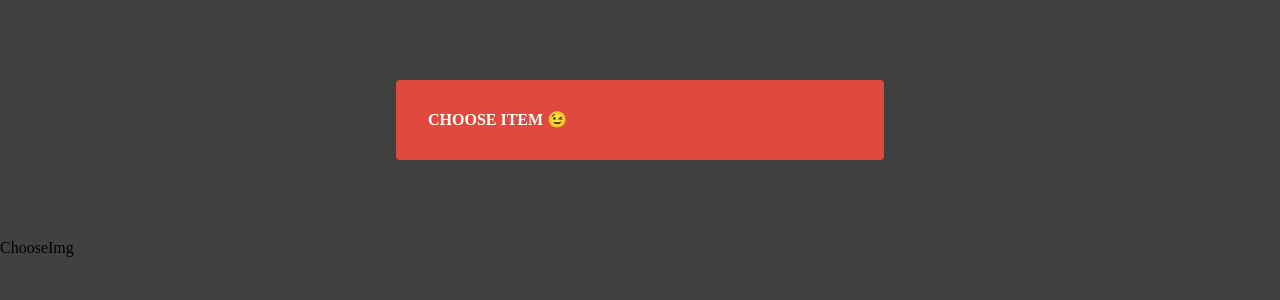
Repository: fdhhhdjd/React-Witth-Framer-Motion
Page: /
An editor plug-in stored every save of this project. The page is shown before and after the next save, followed by the edit.
The browser window is 1280 px wide. The pictures show the whole page.
The project was rebuilt for these pictures with package versions that can differ from the ones it lists, and the page was loaded fresh each time. Also part of the build but not shown: src/App.css.

Above is the page before, as saved 2021-10-11 20:42:45.

After the next save:
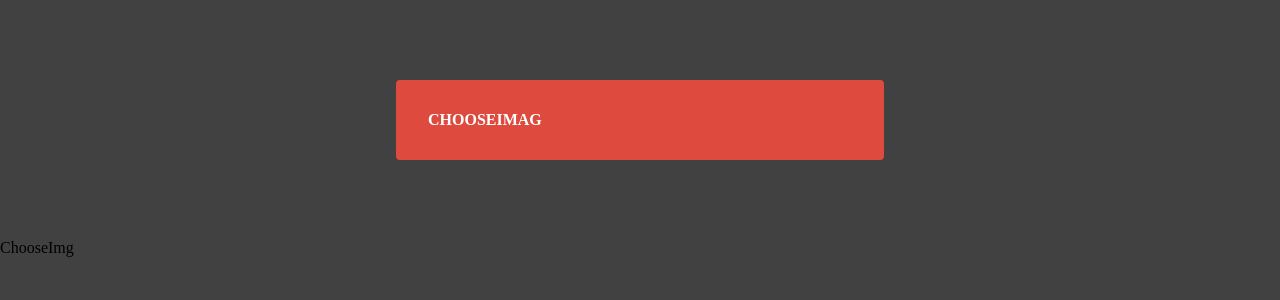
Saved 31 s later.
--- a/src/Page/Dropdown/Dropdown.js
+++ b/src/Page/Dropdown/Dropdown.js
@@ -12,8 +12,8 @@ const Dropdown = () => {
   const [select, setSelect] = useState("Choose Item 😉 ");
   const location = useLocation();
   useEffect(() => {
-    if (location.pathname === option.path) {
-      setSelect(option.name);
+    if (location.pathname === "/") {
+      setSelect("ChooseImag");
     }
   }, [location]);
   const option = [
